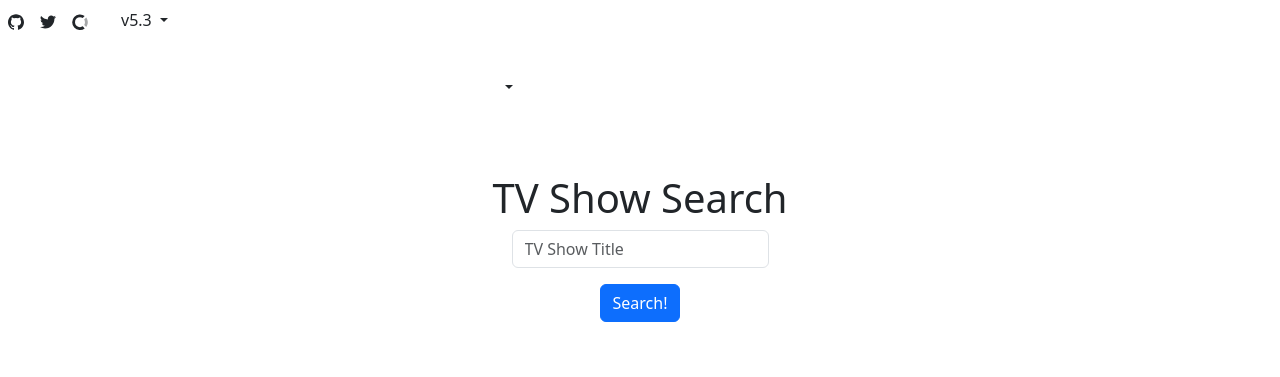
Repository: danieltikamori/wdb
Page: projects/TV-Show-search-app/index.html
The author's editor kept a copy of each file at every save. The page is drawn from the files as they stood at one save, then again after the next save.
The browser window is 1280 px wide. The pictures show the whole page.
Some web libraries are served in a nearby version.

Above is the page before, as saved 2023-01-28 21:51:21.

After the next save:
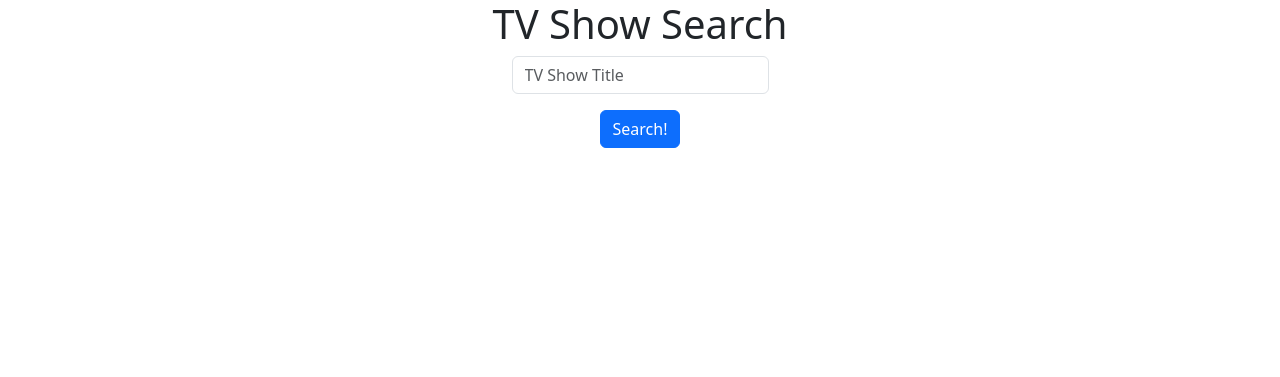
Console error: TypeError: Cannot read properties of null (reading 'querySelector')
Saved 93 s later.
--- a/projects/TV-Show-search-app/index.html
+++ b/projects/TV-Show-search-app/index.html
@@ -13,99 +13,7 @@
     />
   </head>
   <body>
-    <ul class="navbar-nav flex-row flex-wrap ms-md-auto">
-      <li class="nav-item col-6 col-lg-auto">
-        <a class="nav-link py-2 px-0 px-lg-2" href="https://github.com/twbs" target="_blank" rel="noopener">
-          <svg xmlns="http://www.w3.org/2000/svg" width="16" height="16" class="navbar-nav-svg" viewBox="0 0 512 499.36" role="img"><title>GitHub</title><path fill="currentColor" fill-rule="evenodd" d="M256 0C114.64 0 0 114.61 0 256c0 113.09 73.34 209 175.08 242.9 12.8 2.35 17.47-5.56 17.47-12.34 0-6.08-.22-22.18-.35-43.54-71.2 15.49-86.2-34.34-86.2-34.34-11.64-29.57-28.42-37.45-28.42-37.45-23.27-15.84 1.73-15.55 1.73-15.55 25.69 1.81 39.21 26.38 39.21 26.38 22.84 39.12 59.92 27.82 74.5 21.27 2.33-16.54 8.94-27.82 16.25-34.22-56.84-6.43-116.6-28.43-116.6-126.49 0-27.95 10-50.8 26.35-68.69-2.63-6.48-11.42-32.5 2.51-67.75 0 0 21.49-6.88 70.4 26.24a242.65 242.65 0 0 1 128.18 0c48.87-33.13 70.33-26.24 70.33-26.24 14 35.25 5.18 61.27 2.55 67.75 16.41 17.9 26.31 40.75 26.31 68.69 0 98.35-59.85 120-116.88 126.32 9.19 7.9 17.38 23.53 17.38 47.41 0 34.22-.31 61.83-.31 70.23 0 6.85 4.61 14.81 17.6 12.31C438.72 464.97 512 369.08 512 256.02 512 114.62 397.37 0 256 0z"></path></svg>
-          <small class="d-lg-none ms-2">GitHub</small>
-        </a>
-      </li>
-      <li class="nav-item col-6 col-lg-auto">
-        <a class="nav-link py-2 px-0 px-lg-2" href="https://twitter.com/getbootstrap" target="_blank" rel="noopener">
-          <svg xmlns="http://www.w3.org/2000/svg" width="16" height="16" class="navbar-nav-svg" viewBox="0 0 512 416.32" role="img"><title>Twitter</title><path fill="currentColor" d="M160.83 416.32c193.2 0 298.92-160.22 298.92-298.92 0-4.51 0-9-.2-13.52A214 214 0 0 0 512 49.38a212.93 212.93 0 0 1-60.44 16.6 105.7 105.7 0 0 0 46.3-58.19 209 209 0 0 1-66.79 25.37 105.09 105.09 0 0 0-181.73 71.91 116.12 116.12 0 0 0 2.66 24c-87.28-4.3-164.73-46.3-216.56-109.82A105.48 105.48 0 0 0 68 159.6a106.27 106.27 0 0 1-47.53-13.11v1.43a105.28 105.28 0 0 0 84.21 103.06 105.67 105.67 0 0 1-47.33 1.84 105.06 105.06 0 0 0 98.14 72.94A210.72 210.72 0 0 1 25 370.84a202.17 202.17 0 0 1-25-1.43 298.85 298.85 0 0 0 160.83 46.92"></path></svg>
-          <small class="d-lg-none ms-2">Twitter</small>
-        </a>
-      </li>
-      <li class="nav-item col-6 col-lg-auto">
-        <a class="nav-link py-2 px-0 px-lg-2" href="https://opencollective.com/bootstrap" target="_blank" rel="noopener">
-          <svg xmlns="http://www.w3.org/2000/svg" width="16" height="16" fill="currentColor" fill-rule="evenodd" class="navbar-nav-svg" viewBox="0 0 40 41" role="img"><title>Open Collective</title><path fill-opacity=".4" d="M32.8 21c0 2.4-.8 4.9-2 6.9l5.1 5.1c2.5-3.4 4.1-7.6 4.1-12 0-4.6-1.6-8.8-4-12.2L30.7 14c1.2 2 2 4.3 2 7z"></path><path d="M20 33.7a12.8 12.8 0 0 1 0-25.6c2.6 0 5 .7 7 2.1L32 5a20 20 0 1 0 .1 31.9l-5-5.2a13 13 0 0 1-7 2z"></path></svg>
-          <small class="d-lg-none ms-2">Open Collective</small>
-        </a>
-      </li>
-      <li class="nav-item py-2 py-lg-1 col-12 col-lg-auto">
-        <div class="vr d-none d-lg-flex h-100 mx-lg-2 text-white"></div>
-        <hr class="d-lg-none my-2 text-white-50">
-      </li>
 
-
-
-<li class="nav-item dropdown">
-<button type="button" class="btn btn-link nav-link py-2 px-0 px-lg-2 dropdown-toggle" data-bs-toggle="dropdown" aria-expanded="false" data-bs-display="static">
-<span class="d-lg-none" aria-hidden="true">Bootstrap</span><span class="visually-hidden">Bootstrap&nbsp;</span> v5.3 <span class="visually-hidden">(switch to other versions)</span>
-</button>
-<ul class="dropdown-menu dropdown-menu-end">
-<li><h6 class="dropdown-header">v5 releases</h6></li>
-<li>
-  <a class="dropdown-item d-flex align-items-center justify-content-between active" aria-current="true" href="/docs/5.3/customize/components/">
-    Latest (5.3.x)
-    <svg class="bi"><use xlink:href="#check2"></use></svg>
-  </a>
-</li>
-<li>
-    <a class="dropdown-item" href="https://getbootstrap.com/docs/5.2/customize/components/">v5.2.3</a>
-</li>
-<li>
-    <a class="dropdown-item" href="https://getbootstrap.com/docs/5.1/customize/components/">v5.1.3</a>
-</li>
-<li>
-    <a class="dropdown-item" href="https://getbootstrap.com/docs/5.0/customize/components/">v5.0.2</a>
-</li>
-<li><hr class="dropdown-divider"></li>
-<li><h6 class="dropdown-header">Previous releases</h6></li>
-<li><a class="dropdown-item" href="https://getbootstrap.com/docs/4.6/">v4.6.x</a></li>
-<li><a class="dropdown-item" href="https://getbootstrap.com/docs/3.4/">v3.4.1</a></li>
-<li><a class="dropdown-item" href="https://getbootstrap.com/2.3.2/">v2.3.2</a></li>
-<li><hr class="dropdown-divider"></li>
-<li><a class="dropdown-item" href="/docs/versions/">All versions</a></li>
-</ul>
-</li>
-
-
-      <li class="nav-item py-2 py-lg-1 col-12 col-lg-auto">
-        <div class="vr d-none d-lg-flex h-100 mx-lg-2 text-white"></div>
-        <hr class="d-lg-none my-2 text-white-50">
-      </li>
-
-      <li class="nav-item dropdown">
-        <button class="btn btn-link nav-link py-2 px-0 px-lg-2 dropdown-toggle d-flex align-items-center" id="bd-theme" type="button" aria-expanded="false" data-bs-toggle="dropdown" data-bs-display="static">
-          <svg class="bi my-1 theme-icon-active"><use href="#circle-half"></use></svg>
-          <span class="d-lg-none ms-2">Toggle theme</span>
-        </button>
-        <ul class="dropdown-menu dropdown-menu-end" aria-labelledby="bd-theme" style="--bs-dropdown-min-width: 8rem;">
-          <li>
-            <button type="button" class="dropdown-item d-flex align-items-center" data-bs-theme-value="light">
-              <svg class="bi me-2 opacity-50 theme-icon"><use href="#sun-fill"></use></svg>
-              Light
-              <svg class="bi ms-auto d-none"><use href="#check2"></use></svg>
-            </button>
-          </li>
-          <li>
-            <button type="button" class="dropdown-item d-flex align-items-center" data-bs-theme-value="dark">
-              <svg class="bi me-2 opacity-50 theme-icon"><use href="#moon-stars-fill"></use></svg>
-              Dark
-              <svg class="bi ms-auto d-none"><use href="#check2"></use></svg>
-            </button>
-          </li>
-          <li>
-            <button type="button" class="dropdown-item d-flex align-items-center active" data-bs-theme-value="auto">
-              <svg class="bi me-2 opacity-50 theme-icon"><use href="#circle-half"></use></svg>
-              Auto
-              <svg class="bi ms-auto d-none"><use href="#check2"></use></svg>
-            </button>
-          </li>
-        </ul>
-      </li>
-    </ul>
     <div class="container text-center">
       <h1>TV Show Search</h1>
       <div class="btn-group" class="form-floating container">

After the 4 saves that followed:
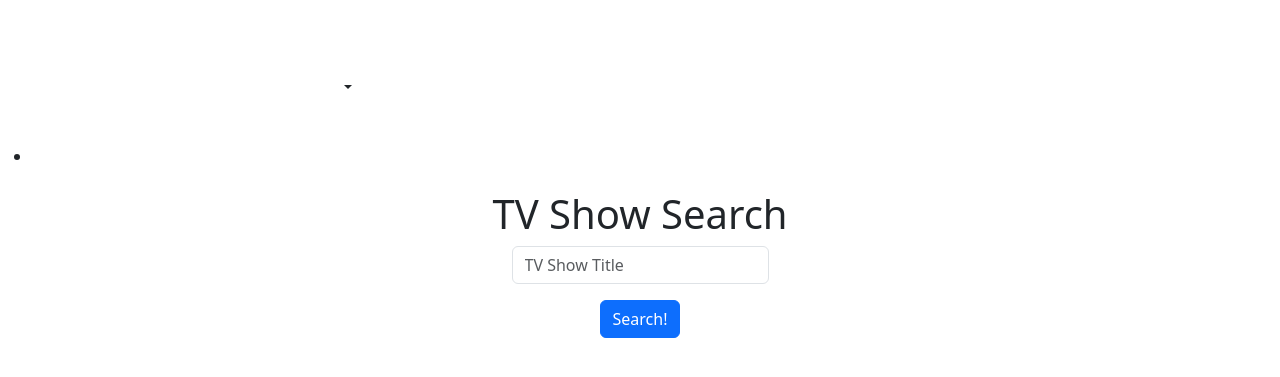
The error is gone.
The 4 saves are shown as one change because 1 left the picture as it was and some came seconds apart.
The last was saved 44 s later.
--- a/projects/TV-Show-search-app/index.html
+++ b/projects/TV-Show-search-app/index.html
@@ -13,7 +13,37 @@
     />
   </head>
   <body>
-
+    <ul>
+      <li class="nav-item dropdown">
+        <button class="btn btn-link nav-link py-2 px-0 px-lg-2 dropdown-toggle d-flex align-items-center" id="bd-theme" type="button" aria-expanded="false" data-bs-toggle="dropdown" data-bs-display="static">
+          <svg class="bi my-1 theme-icon-active"><use href="#circle-half"></use></svg>
+          <span class="d-lg-none ms-2">Toggle theme</span>
+        </button>
+        <ul class="dropdown-menu dropdown-menu-end" aria-labelledby="bd-theme" style="--bs-dropdown-min-width: 8rem;">
+          <li>
+            <button type="button" class="dropdown-item d-flex align-items-center" data-bs-theme-value="light">
+              <svg class="bi me-2 opacity-50 theme-icon"><use href="#sun-fill"></use></svg>
+              Light
+              <svg class="bi ms-auto d-none"><use href="#check2"></use></svg>
+            </button>
+          </li>
+          <li>
+            <button type="button" class="dropdown-item d-flex align-items-center" data-bs-theme-value="dark">
+              <svg class="bi me-2 opacity-50 theme-icon"><use href="#moon-stars-fill"></use></svg>
+              Dark
+              <svg class="bi ms-auto d-none"><use href="#check2"></use></svg>
+            </button>
+          </li>
+          <li>
+            <button type="button" class="dropdown-item d-flex align-items-center active" data-bs-theme-value="auto">
+              <svg class="bi me-2 opacity-50 theme-icon"><use href="#circle-half"></use></svg>
+              Auto
+              <svg class="bi ms-auto d-none"><use href="#check2"></use></svg>
+            </button>
+          </li>
+        </ul>
+      </li>
+    </ul>
     <div class="container text-center">
       <h1>TV Show Search</h1>
       <div class="btn-group" class="form-floating container">
